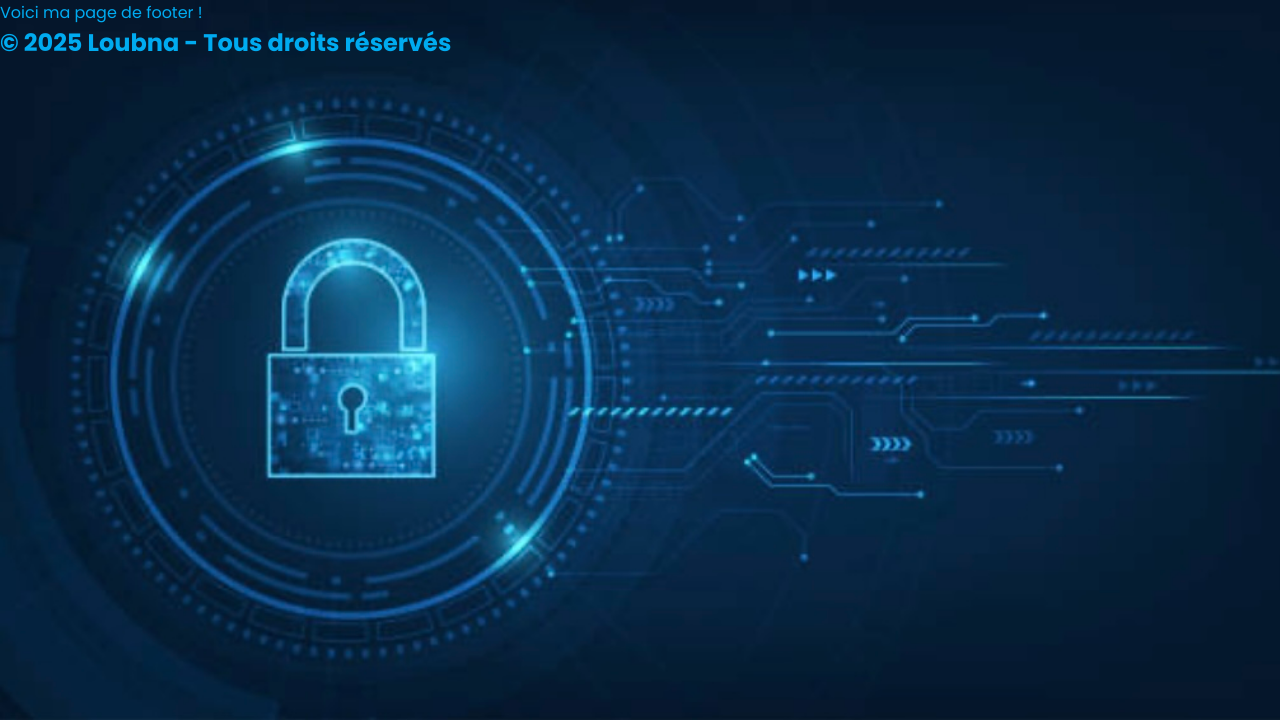
Repository: Loubna77290/Portfolio-de-Loubna
Page: footer.html
These files come from the project's save history. The page is drawn as it stood at one moment and after the next save; the edit follows.
The browser window is 1280 px wide. The pictures show the whole page.

Above is the page before, as saved 2025-03-10 00:03:49.

### footer.html
<!DOCTYPE html>
<html lang="en">
<head>
    <meta charset="UTF-8">
    <meta name="viewport" content="width=device-width, initial-scale=1.0">
    <title>Document</title>
    <link rel="stylesheet" href="style.css">


    <footer>
    <section class="footer-background">
        <div class="contenu-footer">
        <p>Voici ma page de footer !</p>
        <p> <h2>&copy; 2025 Loubna - Tous droits réservés </p></h2>
    </div>
    </section>
      </footer>

</html>

### style.css
@import url('https://fonts.googleapis.com/css2?family=Poppins:wght@300;400;500;600;700;800;900&display=swap');

* {
    margin: 0;
    padding: 0;
    box-sizing: border-box;
    font-family: 'Poppins', sans-serif;

}

body {
    background: #081b29;
    color: #ededed;

}

.header {
    position:fixed;
    top: 0;
    left:0;
    width: 100%;
    padding: 20px 10px;
    background: transparent;
    display: flex;
    justify-content: space-between;
    align-items: center;
    z-index: 100;
}


.logo {
    position: relative;
    margin-left: 30px;
    font-size: 25px;
    color: #ededed;
    text-decoration: none;
    font-weight: 600;

}

.logo::before {
    content: '';
    position: absolute;
    top: 0;
    right: 0;
    width: 100%;
    height: 100%;
    background: #081b29b6;
    animation: showRight 1s ease forwards;
    animation-delay: .4s;;
}

.navbar a {
    font-size: 18px;
    color: #ededed;
    text-decoration: none;
    font-weight: 500;
    margin-right: 60px;
    justify-content: flex-end;
    transition: .3s;

}

.navbar a:hover,
.navbar a.active {
    color: #00abf0;

}

.accueil {
    height: 100vh;
    background: url(./IMG_7408.jpg) no-repeat center center;
    background-size: cover;
    display: flex;
    align-items: center;
    padding: 0 10%;
}

.accueil-contenu {
    background: transparent;
    max-width: 600px;


    }

.accueil-contenu h2 {
    font-size: 45px;
    font-weight: 700;
    line-height: 1.2;
    white-space: nowrap;
}

.accueil-contenu h2::before {
    content: '';
    position: absolute;
    top: 0;
    right: 0;
    width: 100%;
    height: 100%;
    background: #081b29;
    animation: showRight 1s ease forwards;
    animation-delay: 1s;
}

.accueil-contenu h3 {
    font-size: 30px;
    font-weight: 600;
    color: #0ff;

}

.accueil-contenu p {
    font-size: 16px;
    margin: 20px  0 40px;
    line-height: 1.2;
}

.accueil-contenu .btn-box {
    position: relative;
    display: flex;
    justify-content: space-between;
    width: 380px;
    height: 60px;

}

.accueil-contenu .btn-box::before {
    content: '';
    position: absolute;
    top: 0;
    right: 0;
    width: 100%;
    height: 100%;
    background: #081b294d;
    animation: showRight 1s ease forwards;
    animation-delay: 1.9s;
    z-index: 2;
}

.btn-box a {
    position: relative;
    display: inline-flex;
    justify-content: center;
    align-items: center;
    width: 150px;
    height: 110%;
    background: #00abf0;
    border: 2px solid #00abf0;
    border-radius: 8px;
    font-size: 19px;
    color: #081b29;
    text-align: center;
    text-decoration: none;
    font-weight: 600;
    letter-spacing: 1px;
    z-index: 1;
    overflow: hidden;
    transition: .5s;
}

.btn-box a:hover {
    color: #00abf0;

}

.btn-box a:nth-child(2) {
    background: transparent;
    color:#00abf0
}

.btn-box a:nth-child(2):hover {
    color:#081b29;
}


.btn-box a:nth-child(2)::before {
    background: #00abf0;
    }

.btn-box a::before {
    content: '';
    position: absolute;
    top: 0;
    left: 0;
    width: 0;
    height: 100%;
    background: #081b29;
    z-index: -1;
    transition: .5s;
}

.btn-box a:hover::before {
    width: 100%;
    }

.home-sci {
    position: absolute;
    bottom: 1px;
    width: 150px;
    display: flex;
    justify-content: space-between;
}

.home-sci::before {
    content: '';
    position: absolute;
    top: 0;
    right: 0;
    width: 100%;
    height: 100%;
    background: #081b29;
    animation: showRight 1s ease forwards;
    animation-delay: 2.5s;
    z-index: 2;
}

.home-sci a {
    position: relative;
    display: inline-flex;
    justify-content: center;
    align-items: center;
    width: 40px;
    height: 40px;
    background: transparent;
    border: 2px solid #00abf0;
    border-radius: 50%;
    font-size: 20px;
    text-decoration: none;
    z-index: 1;
    overflow: hidden;
    transition: .5s;
    color: #00abf0;
}

.home-sci a:hover {
    color: #081b29;

}
.home-sci a::before {
    content: '';
    position: absolute;
    top: 0;
    left: 0;
    width: 0;
    height: 100%;
    background:#00abf0;
    transition: .5s;
    z-index: -1;
}

.home-sci a:hover::before {
    width: 100%;
}

/* KEYFRAMES ANIMATION */
@keyframes showRight {
    100% {
        width: 0;
    }
}

.contact-background  {
    background: url('/IMG_7400.jpg');
    height: 100vh;
    background-size: cover;
    display: flex;
}


.footer-background  {
    background: url('/IMG_7400.jpg');
    height: 100vh;
    background-size: cover;
    display: flex;
}

.contenu-footer {
    color: #00abf0;
    position: absolute;
}

After the next save:
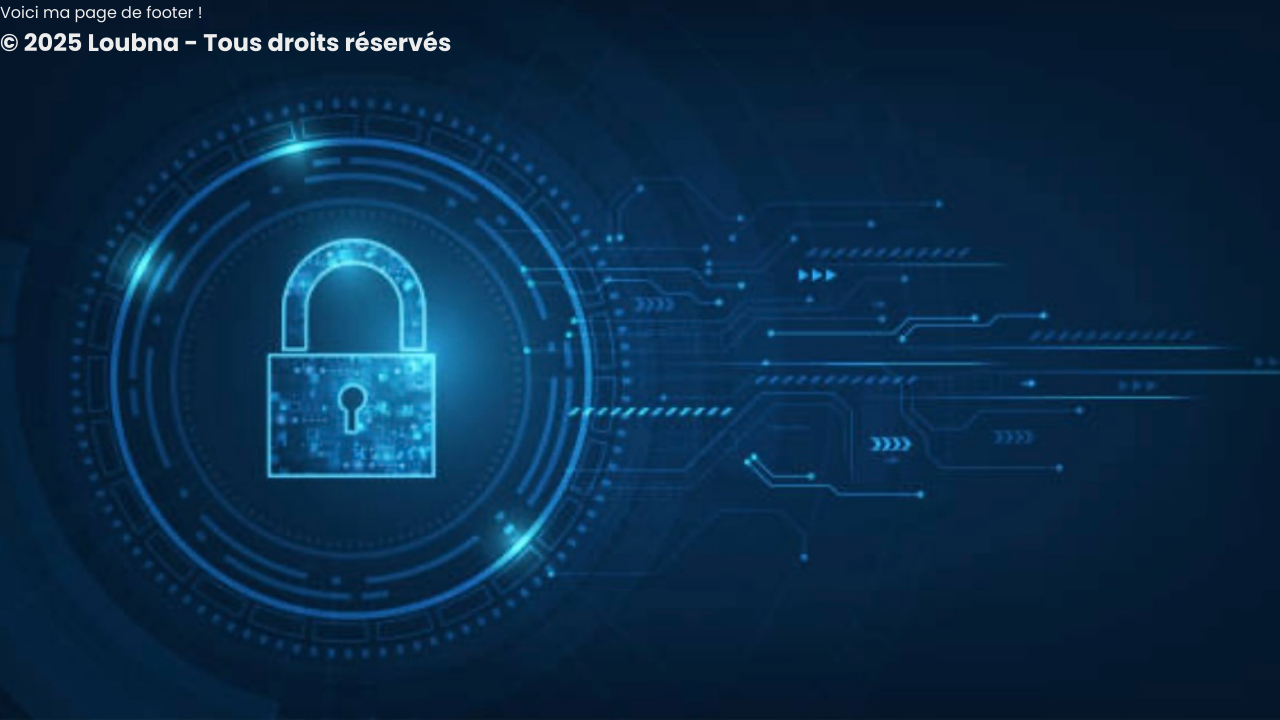
Saved 16 s later.
--- a/style.css
+++ b/style.css
@@ -275,6 +275,6 @@ body {
 }
 
 .contenu-footer {
-    color: #00abf0;
-    position: absolute;
-}
+    color: #ededed;
+    position: absolute;
+}
